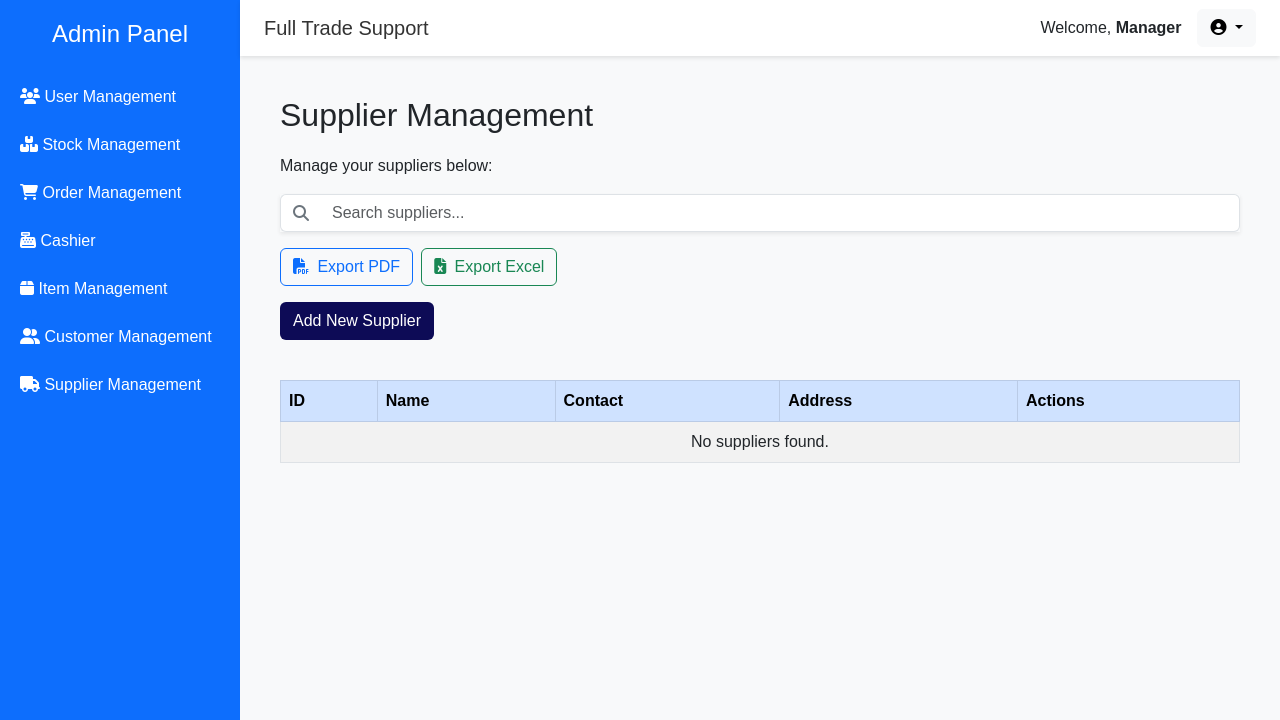
Repository: LakviduUpasara/onlineSparePartsManagementSystem
Page: http://localhost/Spare_parts_Management_Systems/supplier-list
The author's editor kept a copy of each file at every save. The page is drawn from the files as they stood at one save, then again after the next save.
The browser window is 1280 px wide. The pictures show the whole page.
The page is served by Tomcat 9. Queries for data that is not in the repository find no rows.

Above is the page before, as saved 2025-05-13 19:42:43.

After the next save:
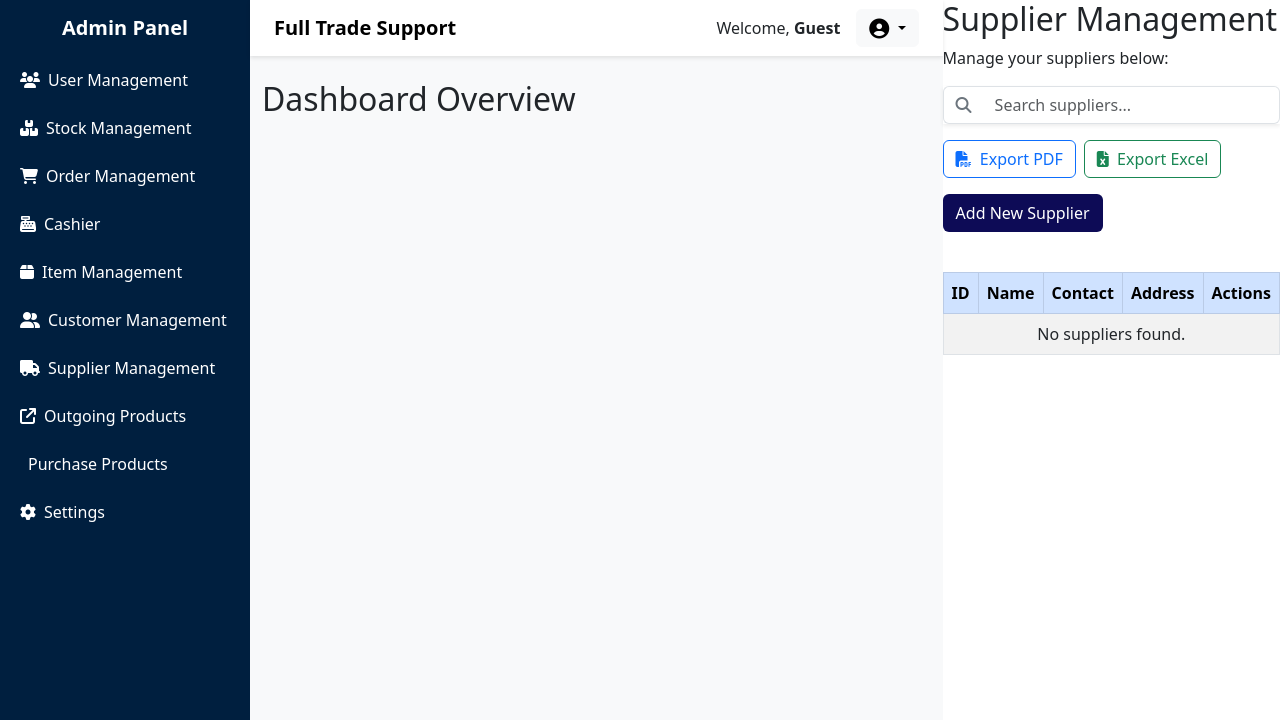
Saved 12 min 24 s later.
--- a/Project/Project/Spare_parts_Management_Systems/src/main/webapp/Maneger/maneger_dashbord.jsp
+++ b/Project/Project/Spare_parts_Management_Systems/src/main/webapp/Maneger/maneger_dashbord.jsp
@@ -1,5 +1,6 @@
 <%@ page language="java" contentType="text/html; charset=UTF-8" pageEncoding="UTF-8"%>
 <%@ page import="java.util.*, com.spareparts.model.Supplier" %>
+<%@ include file="/Nav.jsp" %>
 
 
 <!DOCTYPE html>
@@ -10,94 +11,13 @@
   <link href="https://cdn.jsdelivr.net/npm/bootstrap@5.3.0/dist/css/bootstrap.min.css" rel="stylesheet">
   <link rel="stylesheet" href="https://cdnjs.cloudflare.com/ajax/libs/font-awesome/6.4.0/css/all.min.css">
   <style>
-    body {
-      margin: 0;
-      font-family: Arial, sans-serif;
-      background-color: #f8f9fa;
-    }
-    .sidebar {
-      height: 100vh;
-      background-color: #0d6efd;
-      color: white;
-      position: fixed;
-      width: 240px;
-      padding-top: 20px;
-    }
-    .sidebar a {
-      color: white;
-      text-decoration: none;
-      display: block;
-      padding: 12px 20px;
-      font-size: 16px;
-    }
-    .sidebar a:hover {
-      background-color: #0b5ed7;
-    }
-    .main-content {
-      margin-left: 240px;
-    }
-    .navbar {
-      background-color: #ffffff;
-      box-shadow: 0 2px 4px rgba(0, 0, 0, 0.1);
-    }
-    .navbar .nav-link, .navbar .navbar-brand {
-      color: #333;
-    }
-    .dashboard-content {
-      padding: 40px;
-      min-height: calc(100vh - 56px);
-    }
-    .dashboard-content h2 {
-      margin-bottom: 20px;
-    }
-    .table-container {
-      margin-top: 40px;
+
     }
   </style>
 </head>
 
 <body>
-  <!-- Sidebar -->
-  <div class="sidebar">
-    <h4 class="text-center mb-4">Manager  Panel</h4>
-    <a href="#"><i class="fas fa-users"></i> User Management</a>
-    <a href="#"><i class="fas fa-boxes"></i> Stock Management</a>
-    <a href="#"><i class="fas fa-shopping-cart"></i> Order Management</a>
-    <a href="#"><i class="fas fa-cash-register"></i> Cashier</a>
-    <a href="#"><i class="fas fa-box"></i> Item Management</a>
-    <a href="#"><i class="fas fa-user-friends"></i> Customer Management</a>
-    <a href="#"><i class="fas fa-truck"></i> Supplier Management</a>
-  </div>
-<div class="sidebar">
-    <h4 class="text-center mb-4">Admin  Panel</h4>
-    <a href=" GetAllServlet"><i class="fas fa-users"></i> User Management</a>
-    <a href="#"><i class="fas fa-boxes"></i> Stock Management</a>
-    <a href="#"><i class="fas fa-shopping-cart"></i> Order Management</a>
-    <a href="#"><i class="fas fa-cash-register"></i> Cashier</a>
-    <a href="#"><i class="fas fa-box"></i> Item Management</a>
-    <a href="#"><i class="fas fa-user-friends"></i> Customer Management</a>
-    <a href="supplier-list"><i class="fas fa-truck"></i> Supplier Management</a>
-  </div>
-
-  <!-- Main Content -->
-  <div class="main-content">
-    <nav class="navbar navbar-expand-lg navbar-light px-4">
-      <a class="navbar-brand" href="#">Full Trade Support</a>
-      <div class="ms-auto d-flex align-items-center">
-        <span class="me-3">Welcome, <strong>Manager</strong></span>
-        <div class="dropdown">
-          <a class="btn btn-light dropdown-toggle" href="#" id="userDropdown" data-bs-toggle="dropdown">
-            <i class="fas fa-user-circle"></i>
-          </a>
-          <ul class="dropdown-menu dropdown-menu-end" aria-labelledby="userDropdown">
-            <li><a class="dropdown-item" href="profile.jsp">Profile</a></li>
-            <li><a class="dropdown-item" href="#">Settings</a></li>
-            <li><hr class="dropdown-divider"></li>
-            <li><a class="dropdown-item text-danger" href="#">Logout</a></li>
-          </ul>
-        </div>
-      </div>
-    </nav>
+
 
 <!-- Supplier Management Section -->
 <div class="dashboard-content">
